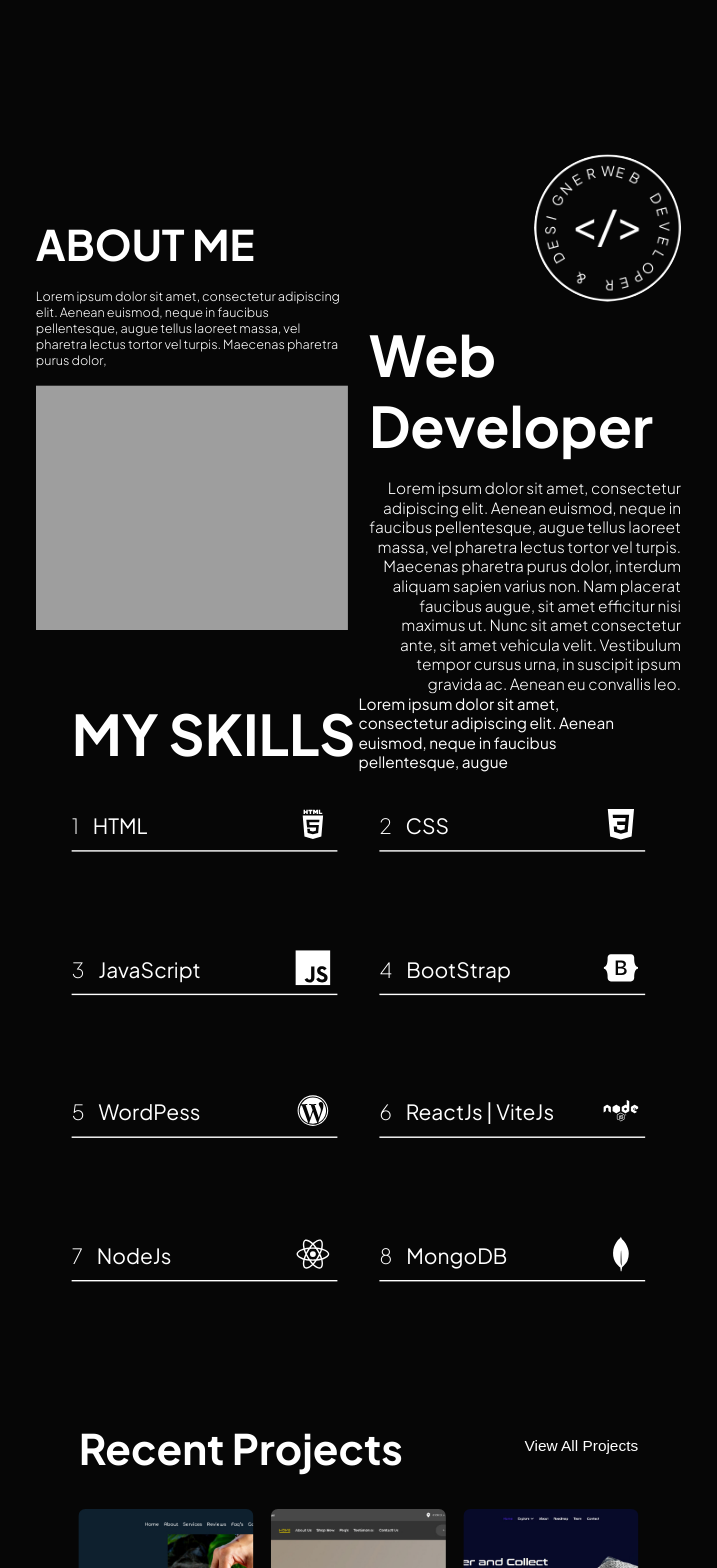
Repository: AliHassan02-Dev/PORTFOLIO
Page: / (app in Front-end/)
These files come from the project's save history. The page is drawn as it stood at one moment and after the next save; the edit follows.
The browser window is 1024 px wide. The pictures show the part of the page from y = 872 to 3112 px (the page is 3788 px tall before and 3635 px after), at 70% of full size.
Pictures or frames that could not be fetched are drawn as grey boxes. The project was rebuilt for these pictures with package versions that can differ from the ones it lists, and the page was loaded fresh each time. Also part of the build but not shown: Front-end/vite.config.js, Front-end/src/Pages/Projects.jsx, Front-end/src/Pages/AllProjects.jsx, Front-end/src/Components/ProjectPreview.jsx.

Above is the page before, as saved 2024-08-24 07:24:36.

After the next save:
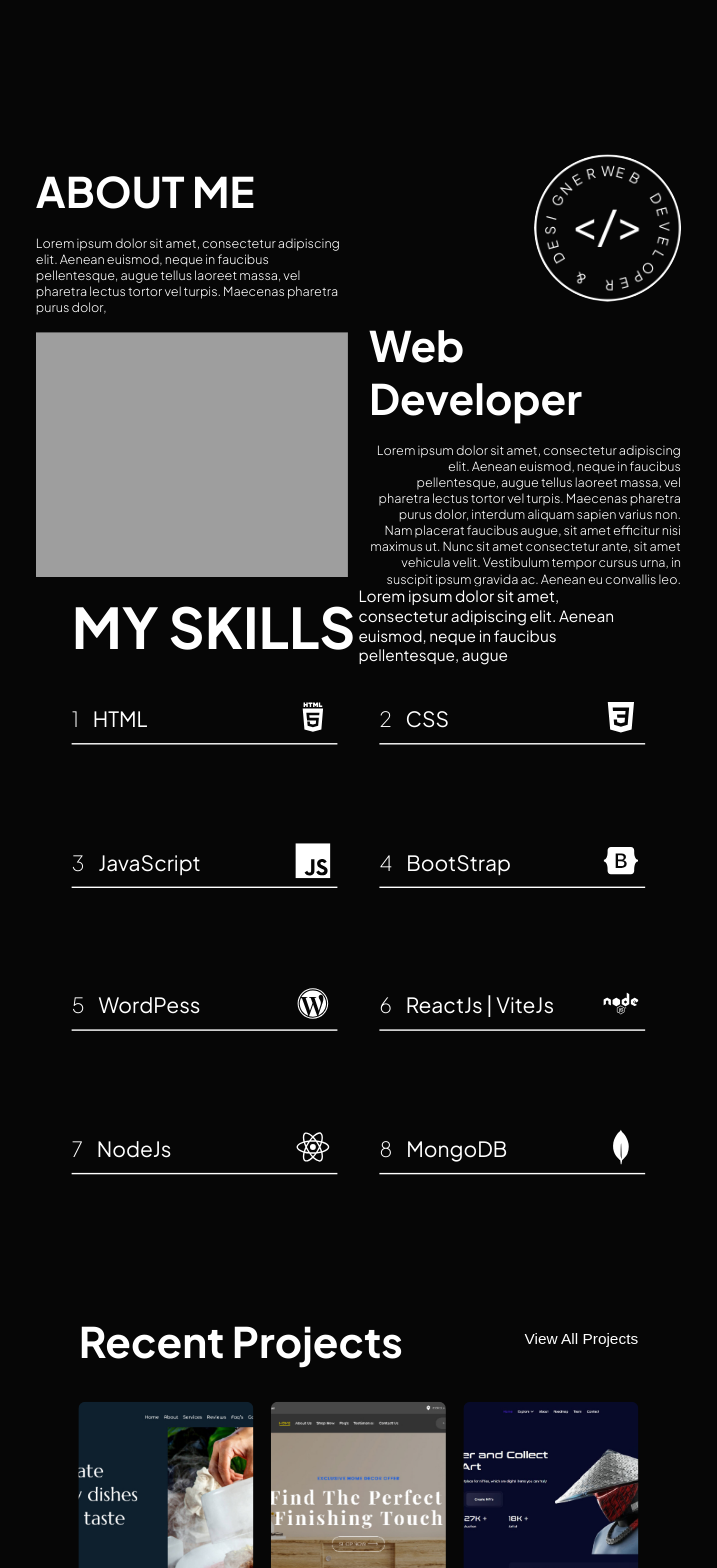
Saved 24 s later.
--- a/Front-end/src/App.css
+++ b/Front-end/src/App.css
@@ -307,24 +307,14 @@ body {
   .mainWrapper .aboutContainer .right .circleImg {
     width: 210px;
     height: 210px;
-    border-radius: 100%;
-    background-image: url(./assets/circleText.png);
-    background-position: center;
-    background-repeat: no-repeat;
-    background-size: cover;
   }
 
   .mainWrapper .aboutContainer .right h2 {
-    color: white;
-    font-size: 80px;
-    font-weight: bold;
+    font-size: 60px;
   }
 
   .mainWrapper .aboutContainer .right p {
-    color: white;
-    font-size: 22px;
-    font-weight: 300;
-    text-align: right;
+    font-size: 18px;
   }
 }
 
